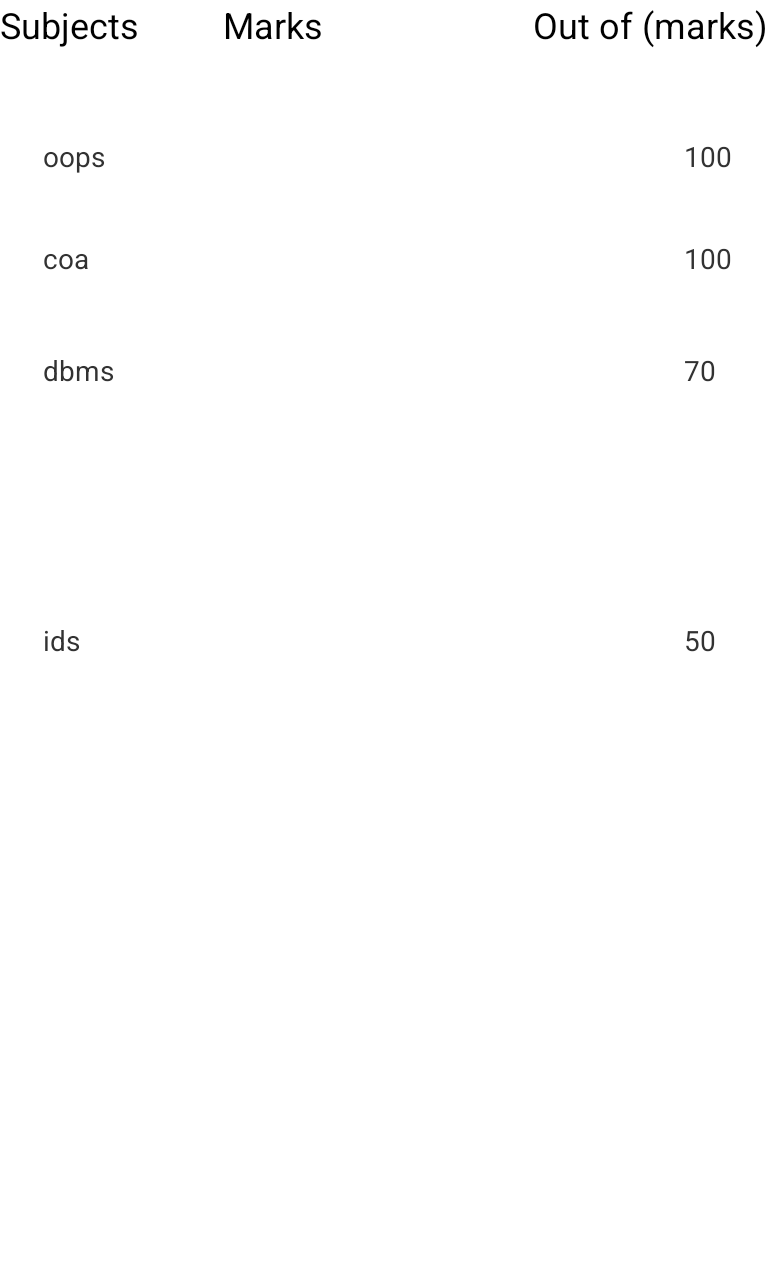
Repository: arjuntheprogrammer/iact
Layout: iact/iact android practice/mywork/ReportCard/res/layout/activity_second.xml
The author's editor kept a copy of each file at every save. The layout is drawn from the files as they stood at one save, then again after the next save.
It is drawn on a 768 x 1280 px phone screen (xhdpi) without system bars, with theme AppTheme; the app's code is not run.

Above is the layout before, as saved 2015-12-26 10:53:12.

### iact/iact android practice/mywork/ReportCard/res/layout/activity_second.xml
<?xml version="1.0" encoding="utf-8"?>
<RelativeLayout xmlns:android="http://schemas.android.com/apk/res/android"
    android:layout_width="match_parent"
    android:layout_height="match_parent" >

    <TextView
        android:id="@+id/textView1"
        android:layout_width="wrap_content"
        android:layout_height="wrap_content"
        android:layout_alignParentLeft="true"
        android:layout_alignParentTop="true"
        android:text="Subjects"
        android:textAppearance="?android:attr/textAppearanceMedium" />

    <TextView
        android:id="@+id/textView2"
        android:layout_width="wrap_content"
        android:layout_height="wrap_content"
        android:layout_alignParentTop="true"
        android:layout_marginLeft="42dp"
        android:layout_toRightOf="@+id/textView1"
        android:text="Marks"
        android:textAppearance="?android:attr/textAppearanceMedium" />

    <TextView
        android:id="@+id/textView3"
        android:layout_width="wrap_content"
        android:layout_height="wrap_content"
        android:layout_alignParentRight="true"
        android:layout_alignParentTop="true"
        android:text="Out of (marks)"
        android:textAppearance="?android:attr/textAppearanceMedium" />

    <TextView
        android:id="@+id/textView4"
        android:layout_width="wrap_content"
        android:layout_height="wrap_content"
        android:layout_alignRight="@+id/textView1"
        android:layout_below="@+id/textView1"
        android:layout_marginRight="17dp"
        android:layout_marginTop="44dp"
        android:text="oops"
        android:textAppearance="?android:attr/textAppearanceSmall" />

    <TextView
        android:id="@+id/textView7"
        android:layout_width="wrap_content"
        android:layout_height="wrap_content"
        android:layout_alignLeft="@+id/textView4"
        android:layout_centerVertical="true"
        android:text="ids"
        android:textAppearance="?android:attr/textAppearanceSmall" />

    <TextView
        android:id="@+id/textView6"
        android:layout_width="wrap_content"
        android:layout_height="wrap_content"
        android:layout_alignLeft="@+id/textView7"
        android:layout_below="@+id/textView5"
        android:layout_marginTop="37dp"
        android:text="dbms"
        android:textAppearance="?android:attr/textAppearanceSmall" />

    <TextView
        android:id="@+id/textView5"
        android:layout_width="wrap_content"
        android:layout_height="wrap_content"
        android:layout_alignLeft="@+id/textView4"
        android:layout_below="@+id/textView4"
        android:layout_marginTop="32dp"
        android:text="coa"
        android:textAppearance="?android:attr/textAppearanceSmall" />

    <TextView
        android:id="@+id/textView8"
        android:layout_width="wrap_content"
        android:layout_height="wrap_content"
        android:layout_alignBottom="@+id/textView4"
        android:layout_alignParentRight="true"
        android:layout_marginRight="18dp"
        android:text="100"
        android:textAppearance="?android:attr/textAppearanceSmall" />

    <TextView
        android:id="@+id/textView9"
        android:layout_width="wrap_content"
        android:layout_height="wrap_content"
        android:layout_alignBottom="@+id/textView5"
        android:layout_alignLeft="@+id/textView8"
        android:text="100"
        android:textAppearance="?android:attr/textAppearanceSmall" />

    <TextView
        android:id="@+id/textView10"
        android:layout_width="wrap_content"
        android:layout_height="wrap_content"
        android:layout_alignBaseline="@+id/textView6"
        android:layout_alignBottom="@+id/textView6"
        android:layout_alignLeft="@+id/textView9"
        android:text="70"
        android:textAppearance="?android:attr/textAppearanceSmall" />

    <TextView
        android:id="@+id/textView11"
        android:layout_width="wrap_content"
        android:layout_height="wrap_content"
        android:layout_alignBaseline="@+id/textView7"
        android:layout_alignBottom="@+id/textView7"
        android:layout_alignLeft="@+id/textView10"
        android:text="50"
        android:textAppearance="?android:attr/textAppearanceSmall" />

</RelativeLayout>

Loaded but not shown: iact/iact android practice/mywork/ReportCard/res/values/styles.xml (common file); iact/iact android practice/mywork/ReportCard/res/values-v11/styles.xml (common file); iact/iact android practice/mywork/ReportCard/res/values-v14/styles.xml (common file)

After the next save:
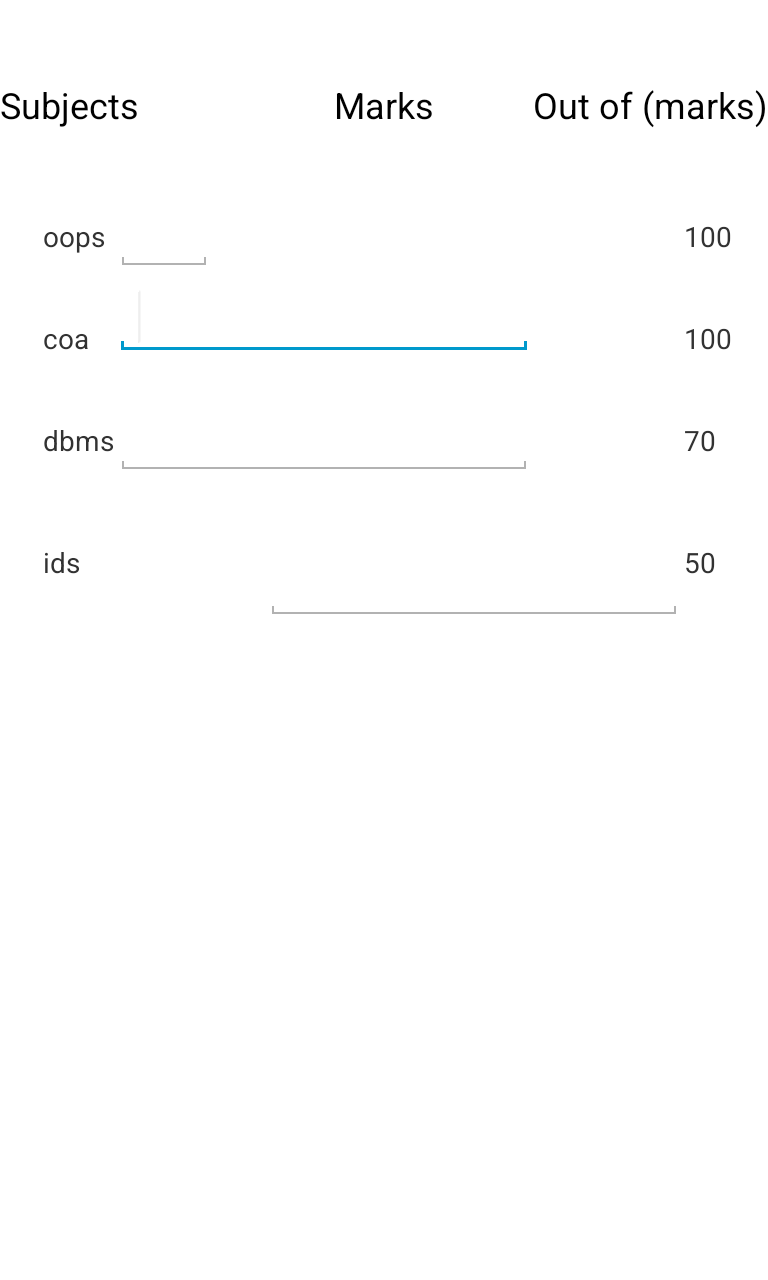
Saved 3 min 45 s later.
--- a/iact/iact android practice/mywork/ReportCard/res/layout/activity_second.xml
+++ b/iact/iact android practice/mywork/ReportCard/res/layout/activity_second.xml
@@ -2,34 +2,6 @@
 <RelativeLayout xmlns:android="http://schemas.android.com/apk/res/android"
     android:layout_width="match_parent"
     android:layout_height="match_parent" >
-
-    <TextView
-        android:id="@+id/textView1"
-        android:layout_width="wrap_content"
-        android:layout_height="wrap_content"
-        android:layout_alignParentLeft="true"
-        android:layout_alignParentTop="true"
-        android:text="Subjects"
-        android:textAppearance="?android:attr/textAppearanceMedium" />
-
-    <TextView
-        android:id="@+id/textView2"
-        android:layout_width="wrap_content"
-        android:layout_height="wrap_content"
-        android:layout_alignParentTop="true"
-        android:layout_marginLeft="42dp"
-        android:layout_toRightOf="@+id/textView1"
-        android:text="Marks"
-        android:textAppearance="?android:attr/textAppearanceMedium" />
-
-    <TextView
-        android:id="@+id/textView3"
-        android:layout_width="wrap_content"
-        android:layout_height="wrap_content"
-        android:layout_alignParentRight="true"
-        android:layout_alignParentTop="true"
-        android:text="Out of (marks)"
-        android:textAppearance="?android:attr/textAppearanceMedium" />
 
     <TextView
         android:id="@+id/textView4"
@@ -40,25 +12,6 @@
         android:layout_marginRight="17dp"
         android:layout_marginTop="44dp"
         android:text="oops"
-        android:textAppearance="?android:attr/textAppearanceSmall" />
-
-    <TextView
-        android:id="@+id/textView7"
-        android:layout_width="wrap_content"
-        android:layout_height="wrap_content"
-        android:layout_alignLeft="@+id/textView4"
-        android:layout_centerVertical="true"
-        android:text="ids"
-        android:textAppearance="?android:attr/textAppearanceSmall" />
-
-    <TextView
-        android:id="@+id/textView6"
-        android:layout_width="wrap_content"
-        android:layout_height="wrap_content"
-        android:layout_alignLeft="@+id/textView7"
-        android:layout_below="@+id/textView5"
-        android:layout_marginTop="37dp"
-        android:text="dbms"
         android:textAppearance="?android:attr/textAppearanceSmall" />
 
     <TextView
@@ -110,4 +63,95 @@
         android:text="50"
         android:textAppearance="?android:attr/textAppearanceSmall" />
 
+    <TextView
+        android:id="@+id/textView2"
+        android:layout_width="wrap_content"
+        android:layout_height="wrap_content"
+        android:layout_alignBaseline="@+id/textView3"
+        android:layout_alignBottom="@+id/textView3"
+        android:layout_centerHorizontal="true"
+        android:text="Marks"
+        android:textAppearance="?android:attr/textAppearanceMedium" />
+
+    <TextView
+        android:id="@+id/textView1"
+        android:layout_width="wrap_content"
+        android:layout_height="wrap_content"
+        android:layout_alignBaseline="@+id/textView2"
+        android:layout_alignBottom="@+id/textView2"
+        android:layout_alignParentLeft="true"
+        android:text="Subjects"
+        android:textAppearance="?android:attr/textAppearanceMedium" />
+
+    <TextView
+        android:id="@+id/textView3"
+        android:layout_width="wrap_content"
+        android:layout_height="wrap_content"
+        android:layout_alignParentRight="true"
+        android:layout_alignParentTop="true"
+        android:layout_marginTop="40dp"
+        android:text="Out of (marks)"
+        android:textAppearance="?android:attr/textAppearanceMedium" />
+
+    <EditText
+        android:id="@+id/editText1"
+        android:layout_width="50dp"
+        android:layout_height="wrap_content"
+        android:layout_alignBaseline="@+id/textView8"
+        android:layout_alignBottom="@+id/textView8"
+        android:layout_toRightOf="@+id/textView6"
+        android:ems="10"
+        android:inputType="phone" />
+
+    <EditText
+        android:id="@+id/EditText03"
+        android:layout_width="wrap_content"
+        android:layout_height="wrap_content"
+        android:layout_alignTop="@+id/textView11"
+        android:layout_toLeftOf="@+id/textView11"
+        android:ems="10"
+        android:inputType="phone" />
+
+    <EditText
+        android:id="@+id/EditText01"
+        android:layout_width="wrap_content"
+        android:layout_height="wrap_content"
+        android:layout_alignBottom="@+id/textView9"
+        android:layout_alignLeft="@+id/editText1"
+        android:ems="10"
+        android:inputType="phone" >
+
+        <requestFocus />
+    </EditText>
+
+    <TextView
+        android:id="@+id/textView6"
+        android:layout_width="wrap_content"
+        android:layout_height="wrap_content"
+        android:layout_alignLeft="@+id/textView5"
+        android:layout_below="@+id/textView5"
+        android:layout_marginTop="32dp"
+        android:text="dbms"
+        android:textAppearance="?android:attr/textAppearanceSmall" />
+
+    <TextView
+        android:id="@+id/textView7"
+        android:layout_width="wrap_content"
+        android:layout_height="wrap_content"
+        android:layout_alignLeft="@+id/textView6"
+        android:layout_below="@+id/EditText02"
+        android:layout_marginTop="33dp"
+        android:text="ids"
+        android:textAppearance="?android:attr/textAppearanceSmall" />
+
+    <EditText
+        android:id="@+id/EditText02"
+        android:layout_width="wrap_content"
+        android:layout_height="wrap_content"
+        android:layout_alignBaseline="@+id/textView6"
+        android:layout_alignBottom="@+id/textView6"
+        android:layout_alignLeft="@+id/EditText01"
+        android:ems="10"
+        android:inputType="phone" />
+
 </RelativeLayout>
